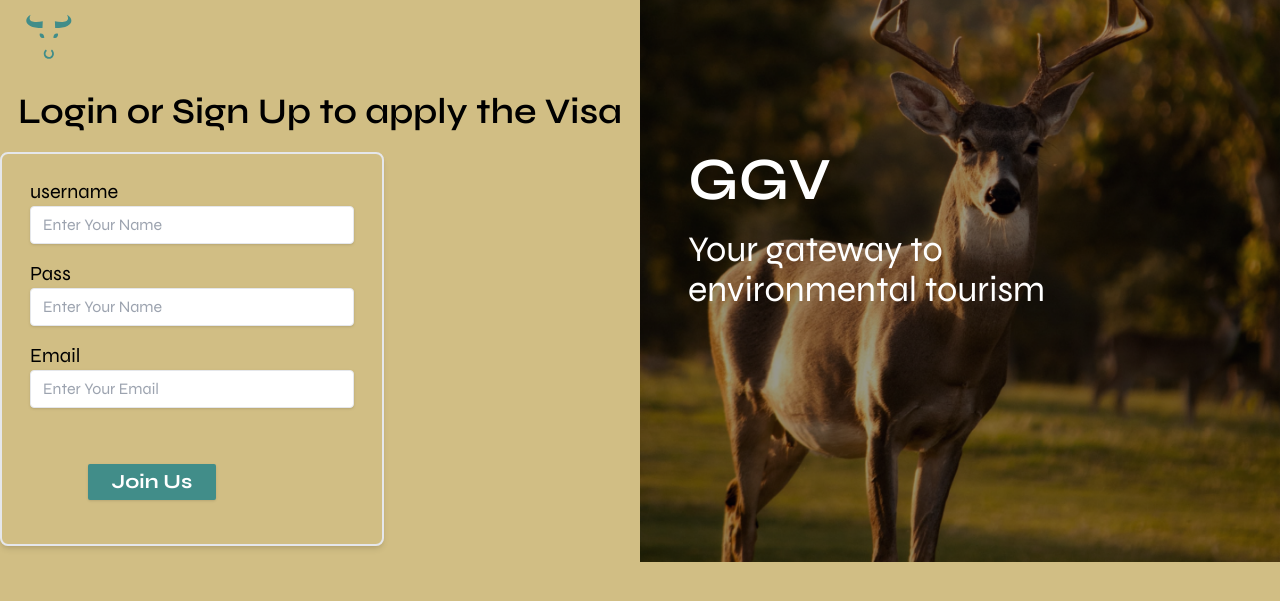
Repository: EngrAhmadUmar/landing-page
Page: /register
These files come from the project's save history. The page is drawn as it stood at one moment and after the next save; the edit follows.
The browser window is 1280 px wide. The pictures show the whole page.
The project was rebuilt for these pictures with package versions that can differ from the ones it lists, and the page was loaded fresh each time. The framework's server and built-in components were replaced by stand-ins that run in the browser. Also part of the build but not shown: next.config.js, styles/Home.module.css, src/Queries/conservationAreas.jsx, src/mutations/ApplyVisa.js, src/Queries/areaOfConservationQuery.js, src/Components/GetConservationAreas.js, src/Components/ApplyPageComponents/ApplyForm.jsx, src/Components/ApplyPageComponents/FormButton.jsx and 1 more.

Above is the page before, as saved 2022-07-12 09:41:53.

After the next save:
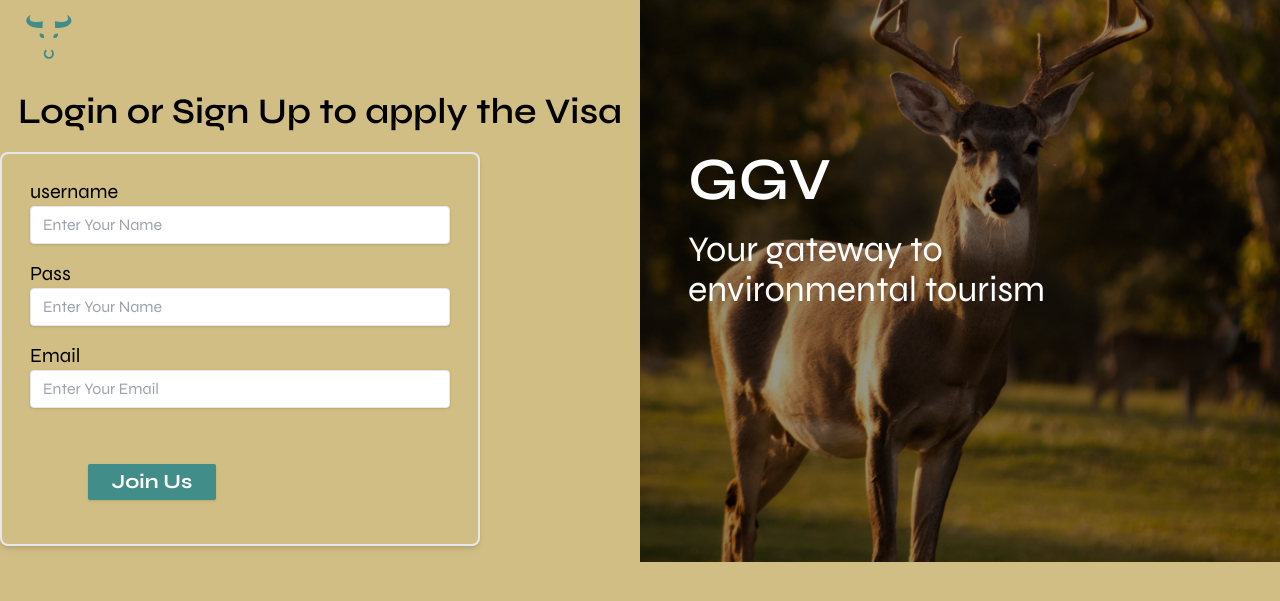
Saved 13 s later.
--- a/src/Components/ApplyPageComponents/RegisterForm.jsx
+++ b/src/Components/ApplyPageComponents/RegisterForm.jsx
@@ -71,7 +71,7 @@ const JoinUs = () => {
           <div></div>
           <form
             onSubmit={onSubmit}
-            className="pt-6 pb-8 mb-4 border-2 rounded-lg shadow-md px-7 border-gray max-w-sm "
+            className="pt-6 pb-8 mb-4 border-2 rounded-lg shadow-md px-7 border-gray max-w-[30rem] "
           >
             <div className="mb-4">
               <label className="text-lg md:text-xl">username</label>
